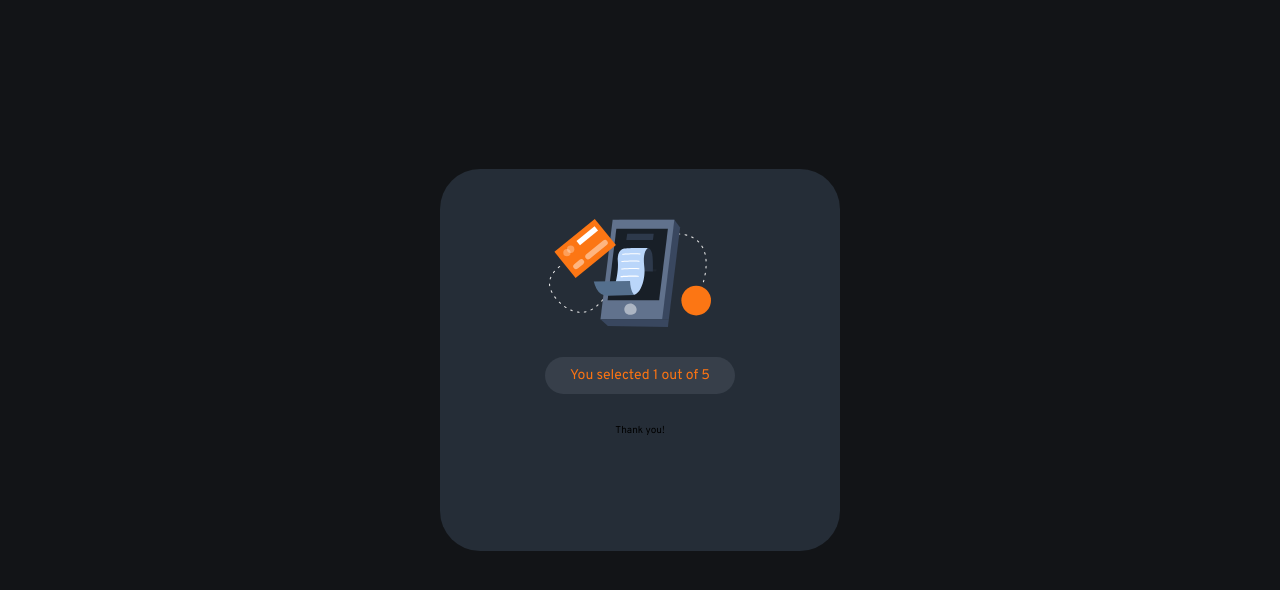
Repository: itbeginswithi/FrontebdMentor
Page: / (app in interactive-rating-component-main/), after clicking the first element matching `button.rating__cta`
The author's editor kept a copy of each file at every save. The page is drawn from the files as they stood at one save, then again after the next save.
The browser window is 1280 px wide. The pictures show the whole page.
The project was rebuilt for these pictures with package versions that can differ from the ones it lists, and the page was loaded fresh each time.

Above is the page before, as saved 2022-07-24 12:09:45.

After the next save:
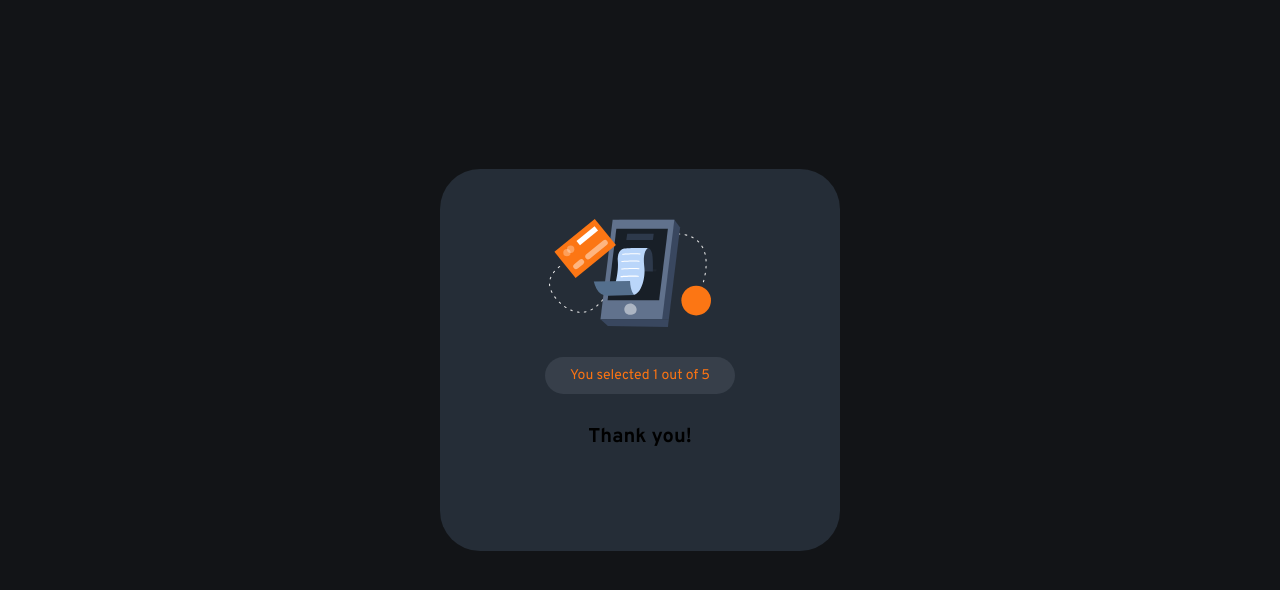
Saved 4 s later.
--- a/interactive-rating-component-main/src/App.js
+++ b/interactive-rating-component-main/src/App.js
@@ -58,7 +58,7 @@ function App() {
               <img src={illustration} alt='illustration' className="illustration"/>
               <span className="appreciation__rating">You selected {rating} out of 5</span>
               <div className="text">
-                <p>Thank you!</p>
+                <h1>Thank you!</h1>
               </div>
             </div>
           )
